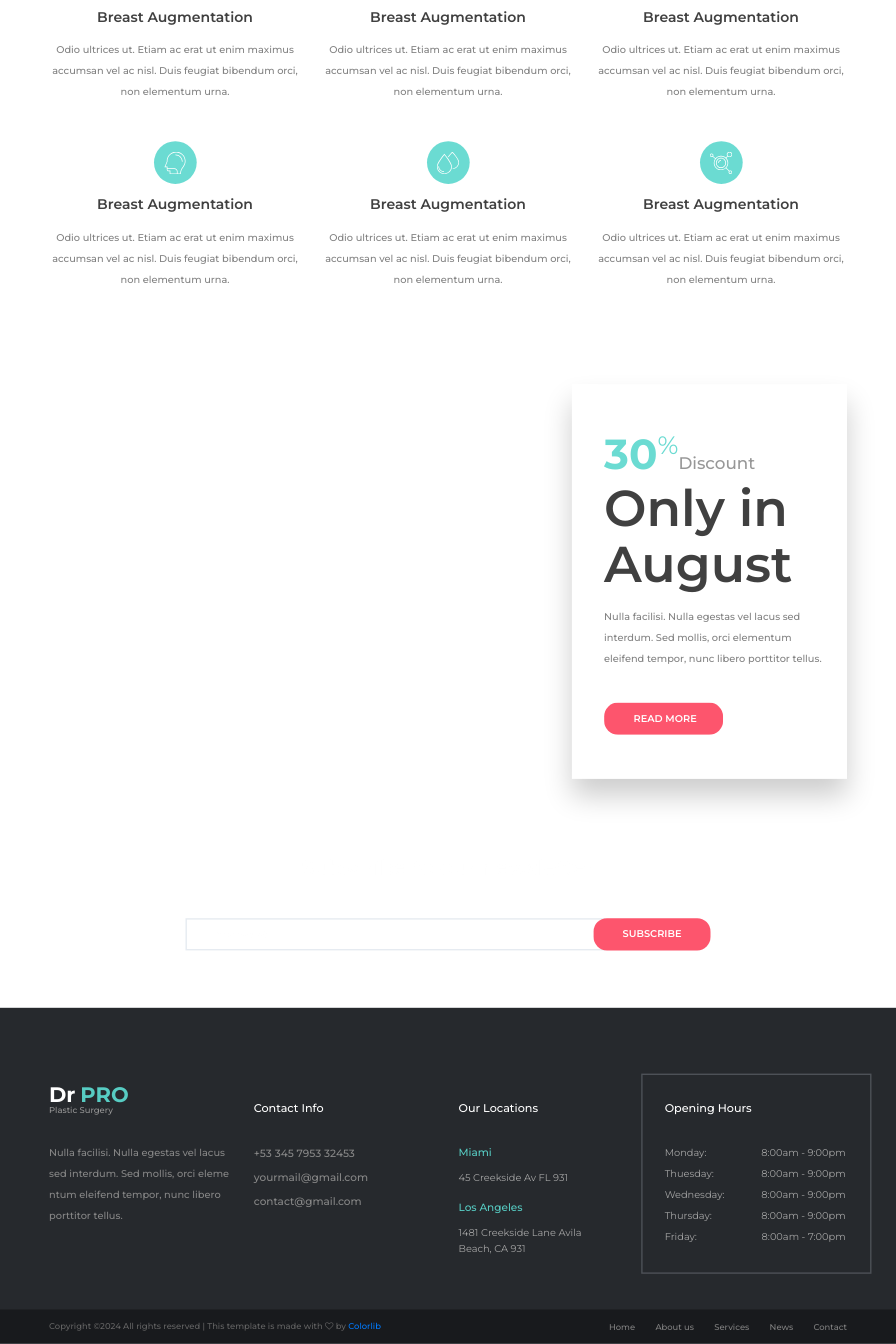
Repository: mustuqalbi/Medical-Website
Page: index.html
An editor plug-in stored every save of this project. The page is shown before and after the next save, followed by the edit.
The browser window is 1280 px wide. The pictures show the part of the page from y = 2734 to 4654 px (the page is 4654 px tall before and 4605 px after), at 70% of full size.

Above is the page before, as saved 2024-10-29 17:29:16.

After the next save:
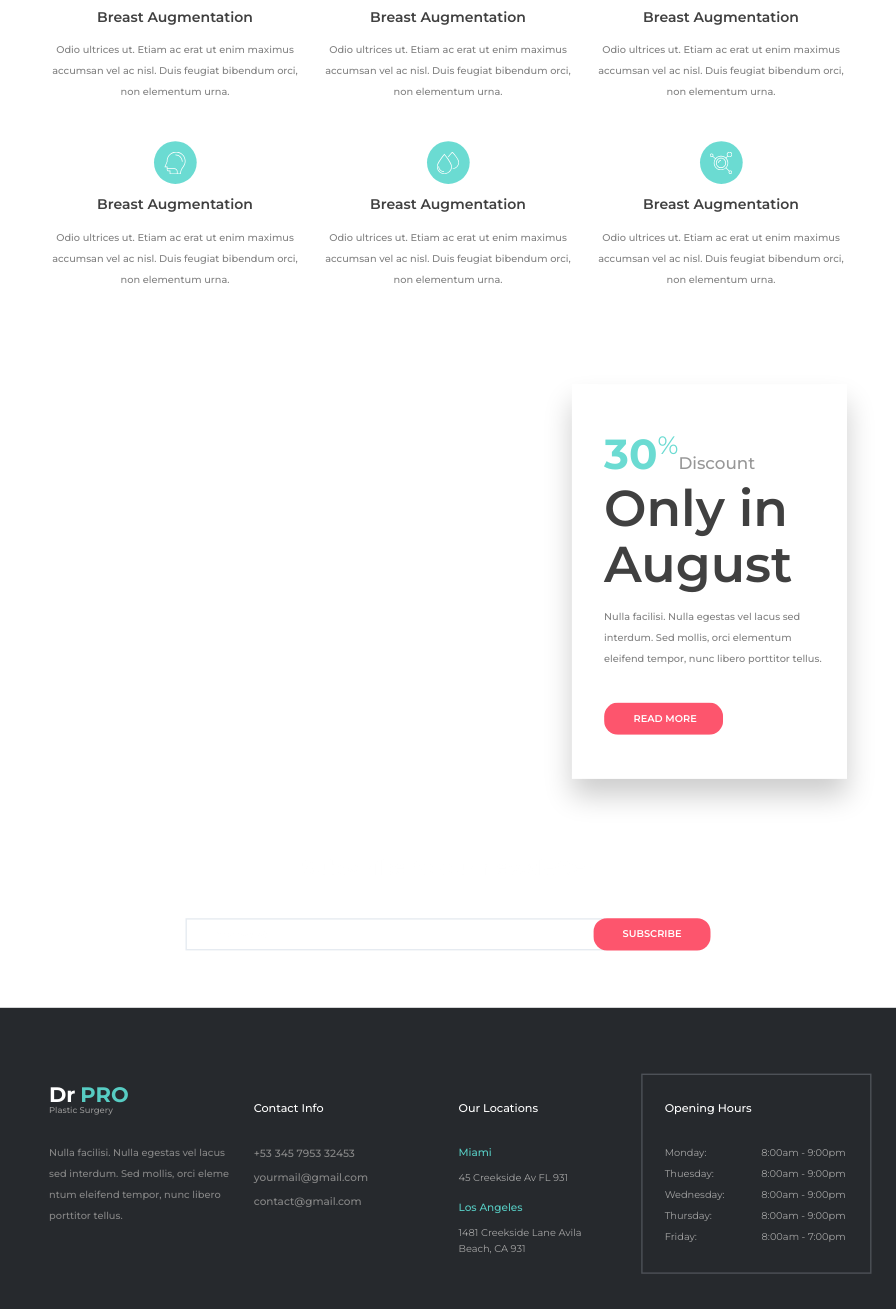
Saved 3 min 50 s later.
--- a/index.html
+++ b/index.html
@@ -603,23 +603,7 @@
 		<div class="footer_bar">
 			<div class="container">
 				<div class="row">
-					<div class="col">
-						<div class="footer_bar_content  d-flex flex-md-row flex-column align-items-md-center justify-content-start">
-							<div class="copyright"><!-- Link back to Colorlib can't be removed. Template is licensed under CC BY 3.0. -->
-Copyright &copy;<script>document.write(new Date().getFullYear());</script> All rights reserved | This template is made with <i class="fa fa-heart-o" aria-hidden="true"></i> by <a href="https://colorlib.com" target="_blank">Colorlib</a>
-<!-- Link back to Colorlib can't be removed. Template is licensed under CC BY 3.0. -->
-</div>
-							<nav class="footer_nav ml-md-auto">
-								<ul class="d-flex flex-row align-items-center justify-content-start">
-									<li><a href="index.html">Home</a></li>
-									<li><a href="about.html">About us</a></li>
-									<li><a href="services.html">Services</a></li>
-									<li><a href="blog.html">News</a></li>
-									<li><a href="contact.html">Contact</a></li>
-								</ul>
-							</nav>
-						</div>
-					</div>
+
 				</div>
 			</div>
 		</div>
